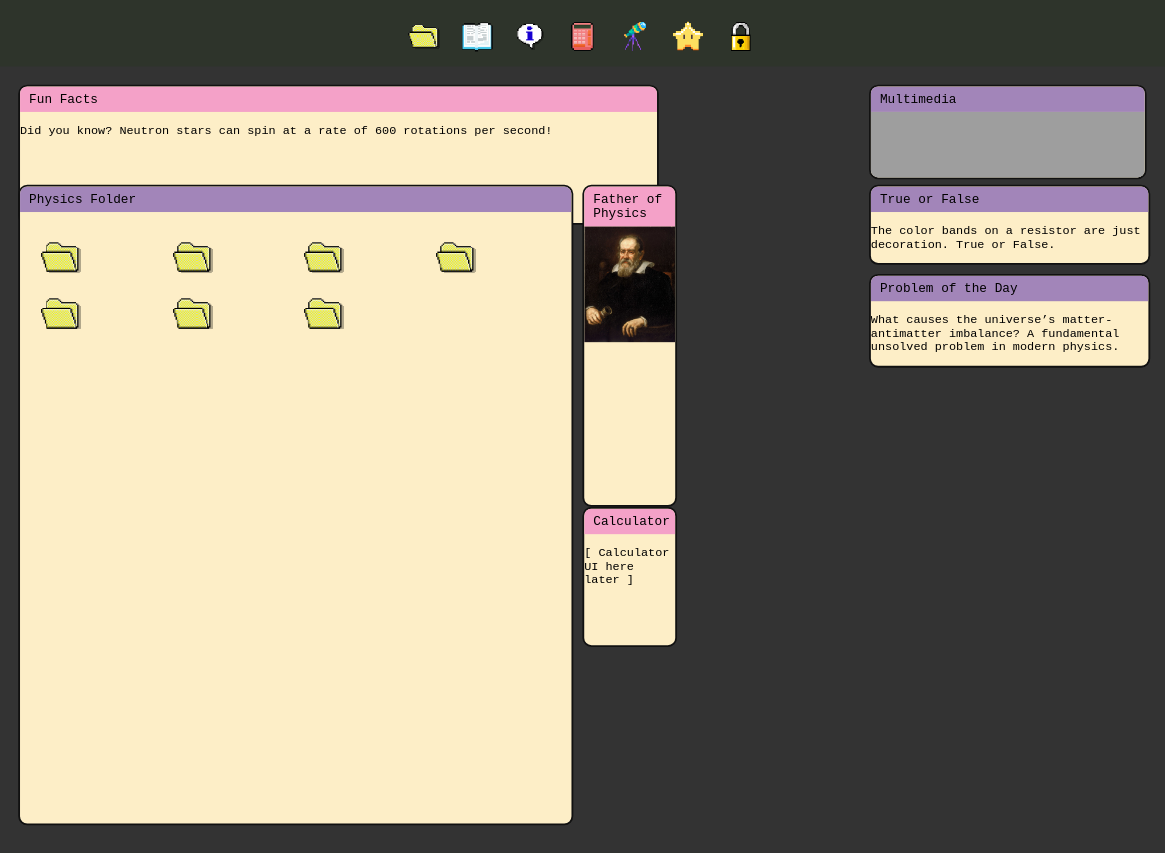
Repository: scarfer14/CCPHYS2L_Project
Page: /dashboard
An editor plug-in stored every save of this project. The page is shown before and after a run of saves, followed by the edit.
The browser window is 1280 px wide. The pictures show the whole page, at 91% of full size.
Pictures or frames that could not be fetched are drawn as grey boxes. The project was rebuilt for these pictures with package versions that can differ from the ones it lists, and the page was loaded fresh each time. Also part of the build but not shown: vite.config.js, src/astartsc/start.jsx, src/lessons/folder1.css, src/lessons/folder1.jsx, src/lessons/book.css, src/lessons/book.jsx, src/lessons/email.css, src/lessons/email.jsx and 2 more.

Above is the page before, as saved 2025-05-29 15:34:09.

After the next 2 saves:
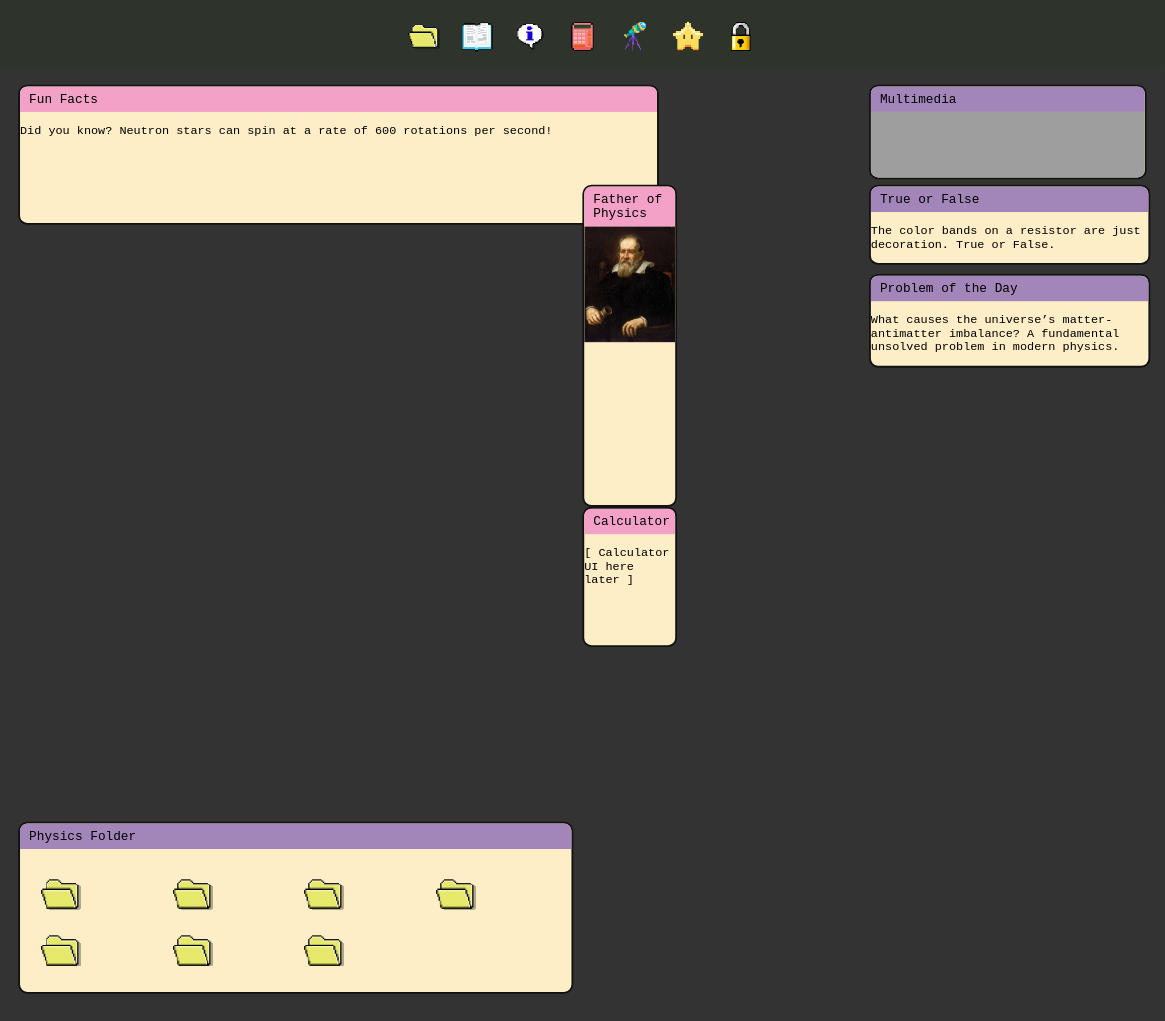
The 2 saves are shown as one change because they came seconds apart.
The last was saved 5 s later.
--- a/src/bdashsc/dashbody.css
+++ b/src/bdashsc/dashbody.css
@@ -42,7 +42,7 @@
 /* Grid Area Assignments */
 .fun-facts      { grid-area: fun-facts; height: 150px; width: 700px;}
 .multimedia     { grid-area: multimedia; height: 100px;}
-.physics-folder { grid-area: physics-folder; min-height: 700px; min-width: 500px; }
+.physics-folder { grid-area: physics-folder; margin-top: 700px; min-width: 500px; }
 .father         { grid-area: father; height: 350px; width: 100px}
 
 /* Right Column Stack */
